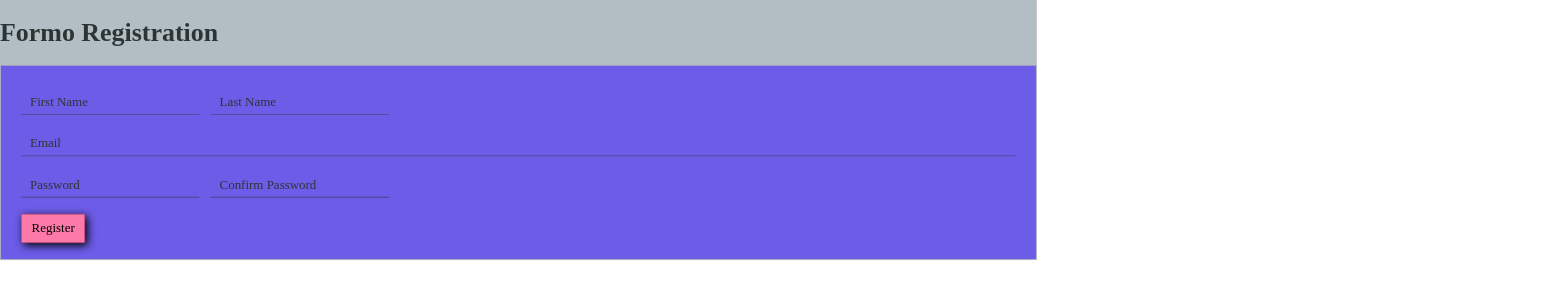
Repository: AMAmine89/vanilla-projects
Page: formo/index.html
An editor plug-in stored every save of this project. The page is shown before and after the next save, followed by the edit.
The browser window is 1280 px wide. The page is 1280 px wide, then 1920 px, so the pictures cover 1920 px, including what lies to the right of the window. The pictures show the whole page, at 81% of full size.

Above is the page before, as saved 2021-05-05 07:44:20.

After the next save:
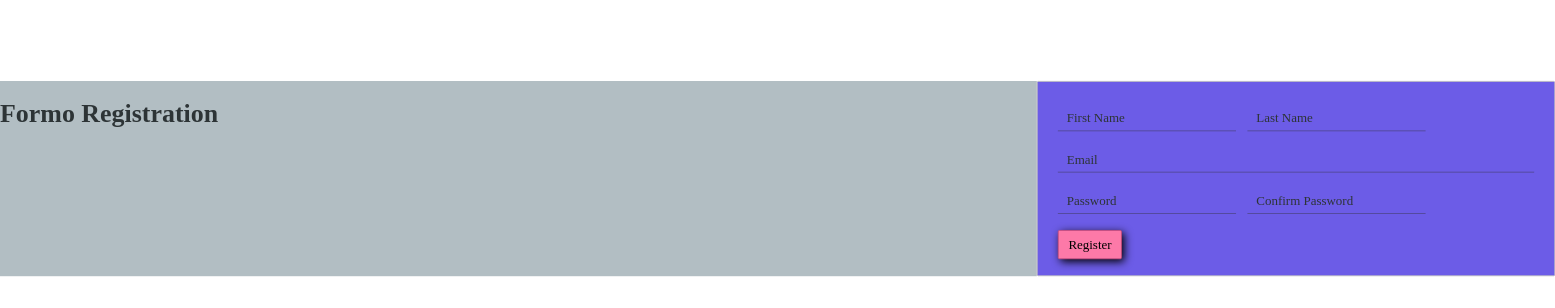
Saved 16 s later.
--- a/formo/style.css
+++ b/formo/style.css
@@ -1,6 +1,6 @@
 section {
     display: grid;
-    grid-template-columns
+    grid-template-columns: 100% 50%;
     margin-top: 100px;
     background-color: #b2bec3;
     color: #2d3436;
